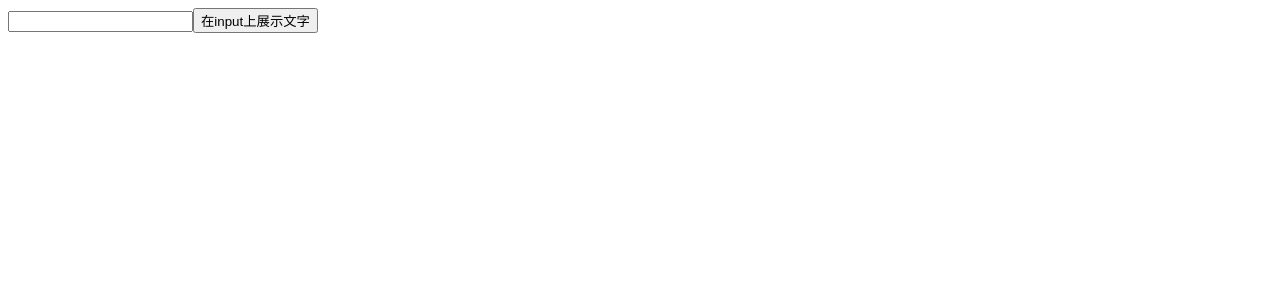
Repository: ArtemisWang/react-hooks
Page: /
An editor plug-in stored every save of this project. The page is shown before and after the next save, followed by the edit.
The browser window is 1280 px wide. The pictures show the whole page.
The project was rebuilt for these pictures with package versions that can differ from the ones it lists, and the page was loaded fresh each time.

Above is the page before, as saved 2020-02-22 16:13:53.

After the next save:
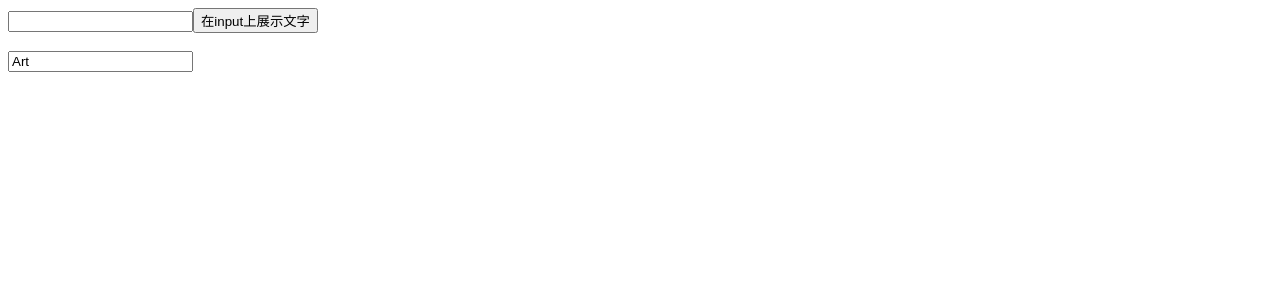
Saved 2 min 59 s later.
--- a/src/Example8.js
+++ b/src/Example8.js
@@ -1,4 +1,4 @@
-import React, {useRef} from 'react';
+import React, {useRef, useState} from 'react';
 
 function Example8(){
     const inputEl=useRef(null)
@@ -7,10 +7,15 @@ function Example8(){
         console.log(inputEl)
     }
 
+    const [text, setText]=useState('Art')
+
     return (
         <div>
             <input ref={inputEl} type="text"/>
             <button onClick={onButtonClick}>在input上展示文字</button>
+            <br/>
+            <br/>
+            <input value={text} onChange={(e)=>{setText(e.target.value)}}/>
         </div>
     )
 }
